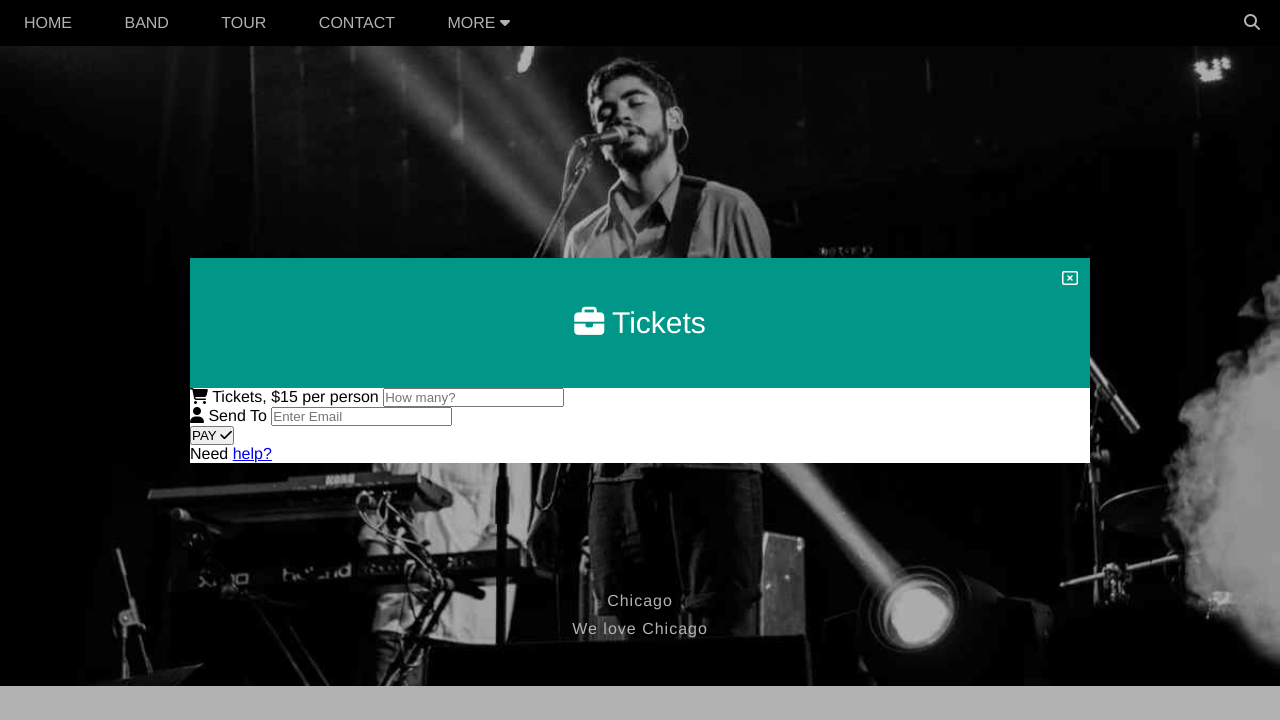
Repository: NguyenMinhChau/Theband
Page: index.html
The author's editor kept a copy of each file at every save. The page is drawn from the files as they stood at one save, then again after the next save.
The browser window is 1280 px wide. The pictures show the window.
The pointer rests on the first visible `.modal-close`.
A layer covers the whole window, so only the first screen is drawn. Some web libraries are served in a nearby version.

Above is the page before, as saved 2021-10-23 13:02:43.

### index.html
<!DOCTYPE html>
<html lang="en">
<head>
    <meta charset="UTF-8">
    <meta http-equiv="X-UA-Compatible" content="IE=edge">
    <meta name="viewport" content="width=device-width, initial-scale=1.0">
    <title>THE BAND</title>
    <link rel="icon" href="https://www.w3schools.com/w3css/img_la.jpg"/>
    <script src="https://kit.fontawesome.com/a7b0f58175.js" crossorigin="anonymous"></script>
    <link rel="stylesheet" href="./assets/css/style.css">
</head>
<body>
    <div id="main">
        <div id="header">
            <!-- Begin Navigation -->
            <ul id="nav">
                <li><a href="#">Home</a></li>
                <li><a href="#">Band</a></li>
                <li><a href="#">Tour</a></li>
                <li><a href="#">Contact</a></li>
                <li><a href="#">More <i class="fas fa-caret-down"></i></a>
                    <ul class="subnav">
                        <li><a href="#">Merchandise</a></li>
                        <li><a href="#">Extras</a></li>
                        <li><a href="#">Media</a></li>
                    </ul>
                </li>
            </ul>
            <!-- End Navigation -->

            <!-- Begin Search -->
            <div class="icon-search">
                <a href="#"><i class="header-icon-search fas fa-search"></i></a>
            </div>
            <!-- End Search -->
        </div>

        <div id="slider">
            <div class="description">
                <h4>Chicago</h4>
                <p>We love Chicago</p>
            </div>
        </div>

        <div id="content">
            <!-- section: dành cho những phần dùng chung -->
            <!-- ABOUT SECTION -->
            <div class="content-section">
                <h2 class="section-heading">The Band</h2>
                <p class="section-subheading">We love music</p>
                <p class="about-text">We have created a fictional band website. Lorem ipsum dolor sit amet, consectetur adipiscing elit, sed do eiusmod tempor incididunt ut labore et dolore magna aliqua. Ut enim ad minim veniam, quis nostrud exercitation ullamco laboris nisi ut aliquip ex ea commodo consequat. Duis aute irure dolor in reprehenderit in voluptate velit esse cillum dolore eu fugiat nulla pariatur. Excepteur sint occaecat cupidatat non proident, sunt in culpa qui officia deserunt mollit anim id est laborum consectetur adipiscing elit, sed do eiusmod tempor incididunt ut labore et dolore magna aliqua. Ut enim ad minim veniam, quis nostrud exercitation ullamco laboris nisi ut aliquip ex ea commodo consequat.</p>
                <div class="members-list">
                    <div class="member-item">
                        <p class="member-name">Name</p>
                        <img src="./assets/img/about_member01.jpg" alt="" class="member-avata">
                    </div>
                    <div class="member-item">
                        <p class="member-name">Name</p>
                        <img src="./assets/img/about_member01.jpg" alt="" class="member-avata">
                    </div>
                    <div class="member-item">
                        <p class="member-name">Name</p>
                        <img src="./assets/img/about_member01.jpg" alt="" class="member-avata">
                    </div>
                    <div class="clear"></div>
                </div>
            </div>

            <!-- TOUR SECTION -->
            <div class="tour-section">
                <div class="content-section">
                    <h2 class="section-heading text-white">Tours Dates</h2>
                    <p class="section-subheading text-white">Remember to book your tickets!</p>
                    <ul class="tickets-list">
                        <li>September <span class="sold-out">Sold out</span></li>
                        <li>October <span class="sold-out">Sold out</span></li>
                        <li>November <span class="quantity">3</span></li>
                    </ul>
                    <div class="places-list">
                        <div class="place-item">
                            <img src="./assets/img/tour_place01.jpg" alt="New York" class="place-img">
                            <div class="place-body">
                                <h3 class="place-heading">New York</h3>
                                <p class="place-time">Fri 27 Nov 2016</p>
                                <p class="plave-desc">Praesent tincidunt sed tellus ut rutrum sed vitae justo.</p>
                                <a href="#" class="place-buy-btn">Buy Tickets</a>
                            </div>
                        </div>
                        <div class="place-item">
                            <img src="./assets/img/tour_place_02.jpg" alt="New York" class="place-img">
                            <div class="place-body">
                                <h3 class="place-heading">Paris</h3>
                                <p class="place-time">Sat 28 Nov 2016</p>
                                <p class="plave-desc">Praesent tincidunt sed tellus ut rutrum sed vitae justo.</p>
                                <a href="#" class="place-buy-btn">Buy Tickets</a>
                            </div>
                        </div>
                        <div class="place-item">
                            <img src="./assets/img/tour_place_03.jpg" alt="New York" class="place-img">
                            <div class="place-body">
                                <h3 class="place-heading">San Francisco</h3>
                                <p class="place-time">Sun 29 Nov 2016</p>
                                <p class="plave-desc">Praesent tincidunt sed tellus ut rutrum sed vitae justo.</p>
                                <a href="#" class="place-buy-btn">Buy Tickets</a>
                            </div>
                        </div>
                        <div class="clear"></div>
                    </div>
                </div>
            </div>

            <!-- CONTACT SECTION -->
            <div class="content-section">
                <h2 class="section-heading">Contact</h2>
                <p class="section-subheading">Fan? Drop a note!</p>
            </div>
        </div>

        <div id="footer">

        </div>
    </div>
    <!-- BEGIN MODEL -->
    <div class="modal">
        <div class="modal-container">
            <div class="modal-close">
                <i class="far fa-window-close"></i>
            </div>

            <header class="modal-header">
                <i class="fas fa-briefcase"></i> Tickets
            </header>

            <div class="modal-body">
                <div class="form-group">
                    <label for="" class="modal-label">
                        <i class="fas fa-shopping-cart"></i>
                        Tickets, $15 per person
                    </label>
                    <input type="text" class="modal-input" placeholder="How many?">
                </div>

                <div class="form-group">
                    <label for="" class="modal-label">
                        <i class="fas fa-user"></i>
                        Send To
                    </label>
                    <input type="email" class="modal-input" placeholder="Enter Email">
                </div>

                <button id="buy-tickets">
                    PAY <i class="fas fa-check"></i>
                </button>
            </div>

            <footer class="modal-footer">
                <p class="modal-help">Need
                    <a href="#">help?</a>
                </p>
            </footer>
        </div>
    </div>
    <!-- END MODAL -->
    <script src="assets/js/main.js"></script>
</body>
</html>

### assets/css/style.css
:root{
    --header-height: 46px;
}
*{
    box-sizing: border-box;
    margin: 0;
    padding: 0;
}

html{
    font-family: Helvetica, Arial, sans-serif;
}

.clear{
    clear: both;
}

.text-white{
    color: #fff !important;
}

/* BEGIN CSS HEADER */
#header{
    height: var(--header-height);
    background-color: #000;
    position: fixed;
    top: 0;
    left: 0;
    right: 0;
}

#nav{
    display: inline-block;
}

#nav,
#subnav{
    list-style-type: none;
}

#nav li{
    display: inline-block;
    position: relative;
}

#nav > li > a{
    color: #fff;
    text-transform: uppercase;
}

#nav li a {
    text-decoration: none;
    line-height: var(--header-height);
    padding: 0 24px;

    display: block;
}

#nav > li:hover > a,
#nav .subnav li:hover a {
    color: #000;
    background-color: #ccc;
}

#nav > li:hover .subnav{
    display: block;
}

#nav .subnav{
    display: none;
    position: absolute;
    background-color: #fff;
    box-shadow: 0 0 10px rgba(0,0,0,0.3);
    color: #000;
    top: 100%;
    left: 0;
}

#nav .subnav li a{
    color: #000;
    padding: 0 12px;
    line-height: 38px;
    min-width: 160px;
}

#nav .subnav li{
    display: block;
}

#header .icon-search{
    /* position: absolute;
    top: 0;
    right: 0; */
    float: right;
    line-height: var(--header-height);
    padding: 0 20px;
}

#header .icon-search a{
    text-decoration: none;
}

#header .icon-search:hover{
    background-color: rgb(255, 39, 39);
    cursor: pointer;
}

#header .icon-search .header-icon-search{
    color: #fff;
}
/* END CSS HEADER */


/* BEGIN CSS SLIDER */
#slider{
    position: relative;
    margin-top: var(--header-height);
    /* Kỹ thuật tạo ảnh không bị méo khi thay đổi kích thước */
    padding-top: 50%; /* % là theo chiều ngang của chính nó*/

    /* Khi dùng padding như trên -> ta dùng bg-image để tạo ảnh vì có thể đổ ảnh từ padding */
    background: url('../img/slider_band_chicago.jpg') no-repeat center / cover;
    z-index: -1;
}

#slider .description{
    position: absolute;
    bottom: 0;
    left: 50%;
    transform: translateX(-50%);

    color: #fff;
    text-align: center;
    margin-bottom: 48px;
    letter-spacing: 1px;
}

#slider .description h4,
#slider .description p{
    text-shadow: 0 0 10 rgba(0,0,0,0.5);
}

#slider .description h4{
    font-weight: 540;
    padding: 10px 0;
}
/* END CSS SLIDER */

/* BEGIN CSS CONTENT */
/* CSS ABOUT */
#content .content-section{
    width: 800px;
    margin: auto;
    padding: 64px 0;
}

#content .section-heading,
#content .section-subheading{
    text-align: center;
}

#content .section-heading{
    font-size: 30px;
    font-weight: 500;
    text-transform: uppercase;
    letter-spacing: 4px;
}

#content .section-subheading{
    font-size: 15px;
    font-style: italic;
    margin: 25px 0;
    opacity: 0.7;
}

#content .about-text{
    text-align: justify;
    font-size: 15px;
    line-height: 1.4;
}

#content .members-list{
    margin-top: 48px;
}

#content .member-item{
    float: left;
    text-align: center;
    width: calc(100% / 3);
}

#content .member-name{
    font-size: 15px;
}

#content .member-avata{
    margin-top: 15px;
    width: 154px;
    border-radius: 5px;
}

/* CSS TOUR */
#content .tour-section{
    background-color: #000;
}

#content .tickets-list{
    background-color: #fff;
    margin: 40px 0;
    list-style: none;
}

#content .tickets-list li{
    font-size: 15px;
    padding: 12px 16px;
    border-bottom: 1px solid #ddd;
    color: #757575;
}

#content .tickets-list .sold-out{
    background-color: #f44336;
    color: #fff;
    padding: 3px 4px;
    margin-left: 16px;
}

#content .tickets-list .quantity{
    float: right;
    background-color: #000;
    border-radius: 50%;
    width: 24px;
    height: 24px;
    color: #fff;
    text-align: center;
    line-height: 24px;
    margin-top: -3px;
}

#content .tour-section .places-list{
    margin: 0 -8px 48px;
}

#content .place-item{
    float: left;
    width: calc(100% / 3);
    padding: 0 8px;
}

#content .place-img{
    width: 100%;
    display: block;
}

#content .place-img:hover{
    opacity: 0.7;
}

#content .place-body{
    background-color: #fff;
    padding: 16px;
    font-size: 15px;
}

#content .place-heading{
    font-weight: 550;
}

#content .place-time{
    margin: 15px 0;
    color: #757575;
}

#content .plave-desc{
    line-height: 1.4;
}

#content .place-buy-btn{
    text-decoration: none;
    background-color: #000;
    color: #fff;
    padding: 11px 16px;
    /* Khắc phục tình trạng button che thẻ description */
    display: inline-block;
    margin-top: 15px;
}

#content .place-buy-btn:hover{
    background-color: #ccc;
    color: #000;
}
/* END CSS CONTENT */


#footer{

}

/* BEGIN CSS MODAL */
.modal{
    position: fixed;
    top: 0;
    bottom: 0;
    right: 0;
    left: 0;
    background: rgba(0,0,0,0.3);
    display: flex;
    align-items: center;
    justify-content: center;
    padding: 0 15px;
}

.modal-container{
    position: relative;
    background-color: #fff;
    width: 900px;
    min-height: 200px;
}

.modal-close{
    position: absolute;
    top: 0;
    right: 0;
    color: #fff;
    padding: 12px;
}

.modal-header{
    height: 130px;
    background: #009688;
    text-align: center;
    line-height:130px;
    color: #fff;
    font-size: 30px;
}

.modal-body{

}

.modal-label{

}

.modal-input{

}
/* END CSS MODAL */

Loaded but not shown: assets/js/main.js (no stored copy; drawn as an empty file)

After the next save:
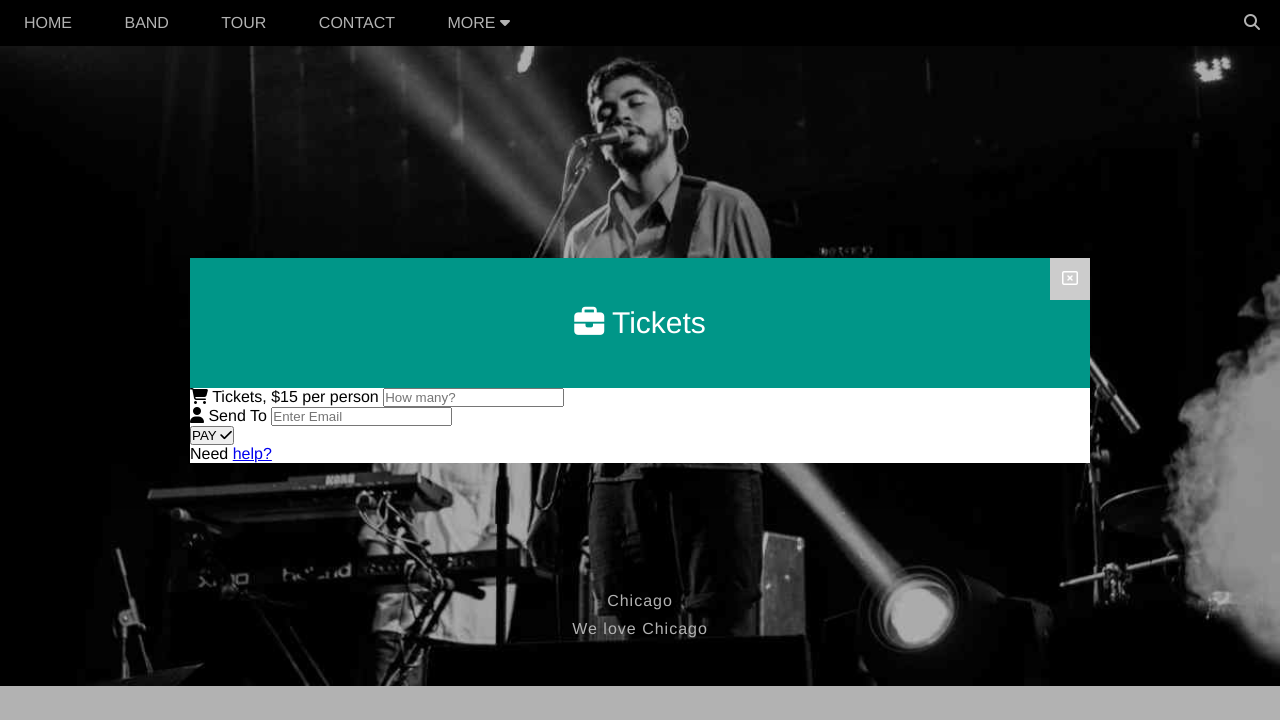
Saved 17 s later.
--- a/assets/css/style.css
+++ b/assets/css/style.css
@@ -324,6 +324,10 @@
     padding: 12px;
 }
 
+.modal-close:hover{
+    background-color: #ccc;
+}
+
 .modal-header{
     height: 130px;
     background: #009688;
